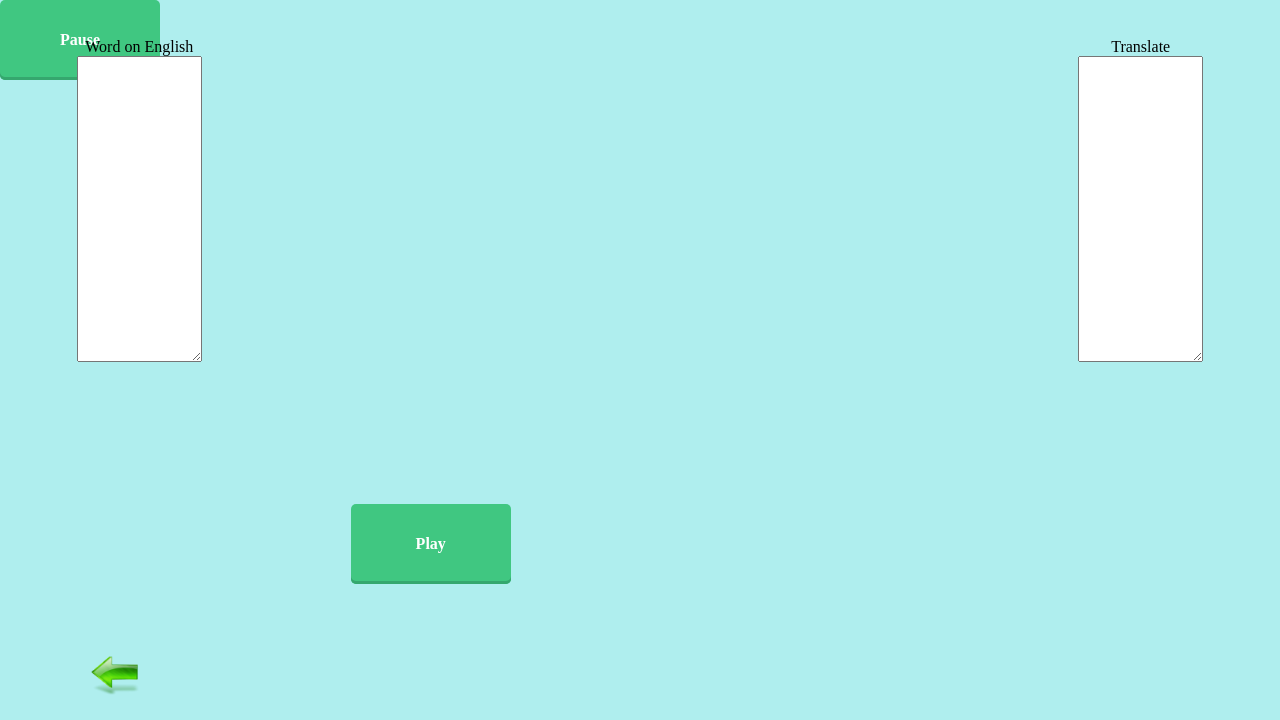
Repository: Artem-Brunov/msu_prac
Page: workspace/BasicUI/FastPlay.html
These files come from the project's save history. The page is drawn as it stood at one moment and after the next save; the edit follows.
The browser window is 1280 px wide. The pictures show the whole page.
Some web libraries are served in a nearby version.

Above is the page before, as saved 2017-11-20 23:55:11.

After the next save:
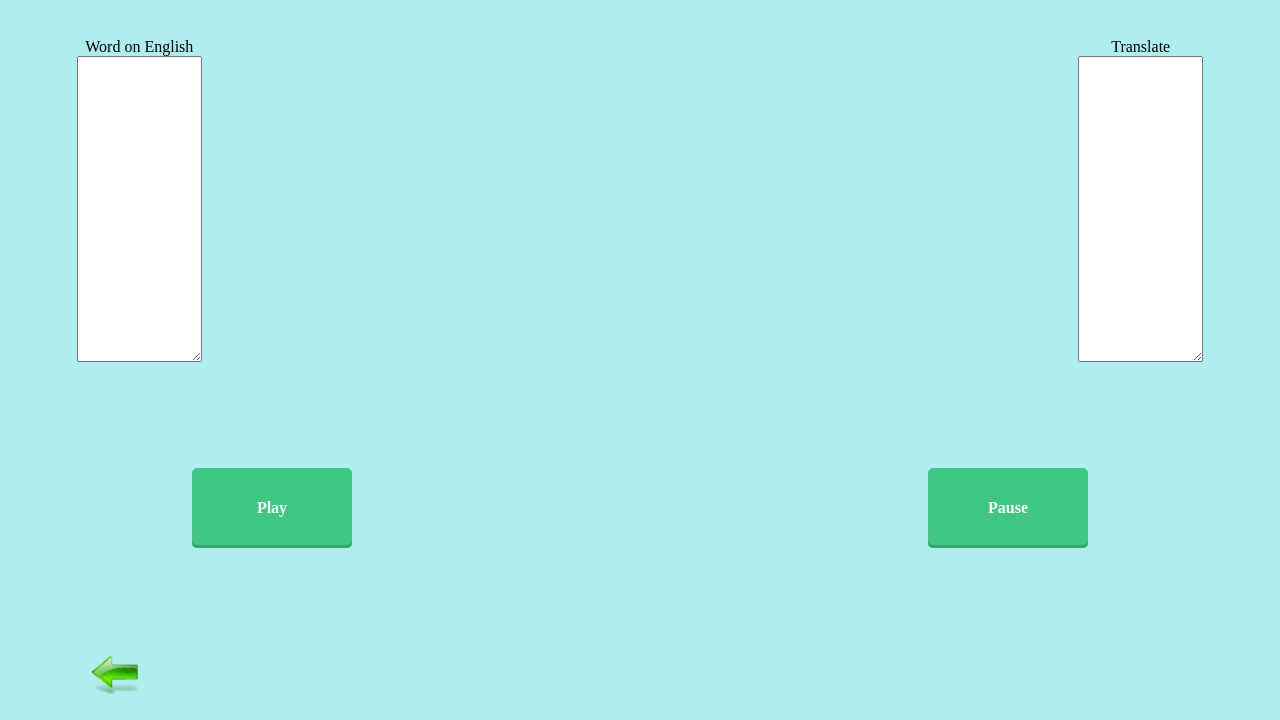
Saved 85 s later.
--- a/workspace/BasicUI/css/NewPlaylist.css
+++ b/workspace/BasicUI/css/NewPlaylist.css
@@ -32,11 +32,11 @@
 }
 .FP{
 	position: absolute;
-	left: 27.4%;
-	top: 70%;
+	left: 15%;
+	top: 65%;
 }
-.FP{
+.FP_2{
 	position: absolute;
-	left: 27.4%;
-	top: 70%;
+	right: 15%;
+	top: 65%;
 }
